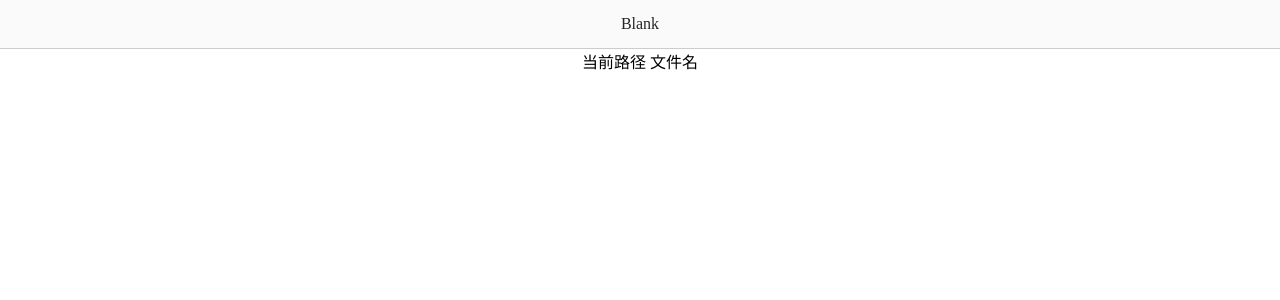
Repository: andycj7/-
Page: JS插件开发/filesystem/index.html
The author's editor kept a copy of each file at every save. The page is drawn from the files as they stood at one save, then again after the next save.
The browser window is 1280 px wide. The pictures show the whole page.

Above is the page before, as saved 2020-07-21 07:42:00.
Console error (its wording comes from the project's code and is left out).

### JS插件开发/filesystem/index.html
<html>

<head>
<meta charset="utf-8">
<meta name="viewport"
	content="initial-scale=1, maximum-scale=1, user-scalable=no, width=device-width">
<title>Blank</title>
<link rel="stylesheet" href="css/base.css">
</head>

<body>
	<div class="title">Blank</div>
	<div class="line"></div>
	<div class="div-parent">
		<div class="div-control">
			<div>
				<label>当前路径</label>
				<label>文件名</label>
			</div>
		</div>
		<div id="div_display" class="div-child-2">
		</div>
	</div>
</body>
<script src="js/GeoBOS.min.js"></script>
<script src="js/GeoBOS.filesystem.min.js"></script>
<script src="js/index.js"></script>
</html>

### JS插件开发/filesystem/css/base.css
@charset "UTF-8";

body {
	margin: 0;
}

.title {
	height: 48px;
	font-size: 16px;
	line-height: 48px;
	text-align: center;
	color: rgba(0, 0, 0, .85);
	background-color: #fafafa;
}

.line {
	width: 100%;
	height: 1px;
	background-color: rgb(204, 204, 204);
}

.div-parent {
	display: flex;
	flex-direction: column;
	justify-content: center;
	width: 100%;
}

.div-control {
	display: flex;
	flex-direction: row;
	justify-content: space-around;
}

.div-child-2 {

}

.label {
	width: 16%;
	height: 30px;
	text-align: center;
	line-height: 30px;
	font-size: 10px;
}

.input-path {
	width: 60%;
	height: 30px;
	overflow: hidden;
	line-height: 20px;
	font-size: 15px;
	font-size: 12px;
}

.button {
	width: 12%;
	height: 30px;
	font-size: 12px;
}

.input-file {
	width: 100%;
	height: 30px;
	overflow: hidden;
	border: none;
	line-height: 35px;
	font-size: 15px;
}

### JS插件开发/filesystem/js/GeoBOS.filesystem.min.js
GeoBOS.filesystem = {

	init : function (cb) {
		GeoBOS.plugin.execute("FileSystemPlugin", "init", GeoBOS.getId(), '', null, cb);
	},
	open : function (name, cb) {
		GeoBOS.plugin.execute("FileSystemPlugin", "open", GeoBOS.getId(), name, null, cb);
	},
	back : function (cb) {
		GeoBOS.plugin.execute("FileSystemPlugin", "back", GeoBOS.getId(), '', null, cb);
	}
}

Loaded but not shown: JS插件开发/filesystem/js/GeoBOS.min.js (library); JS插件开发/filesystem/js/index.js (no copy from this time; the picture is the same without it)

After the next save:
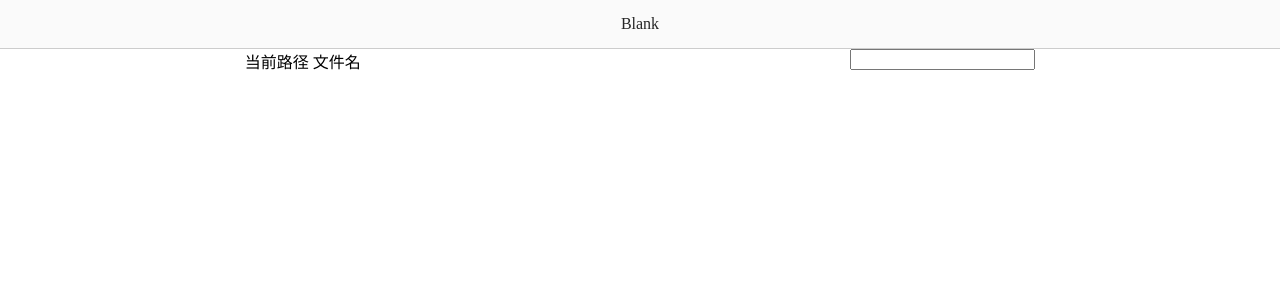
Saved 32 s later.
--- a/JS插件开发/filesystem/index.html
+++ b/JS插件开发/filesystem/index.html
@@ -17,6 +17,9 @@
 				<label>当前路径</label>
 				<label>文件名</label>
 			</div>
+			<div>
+				<input></input>
+			</div>
 		</div>
 		<div id="div_display" class="div-child-2">
 		</div>
